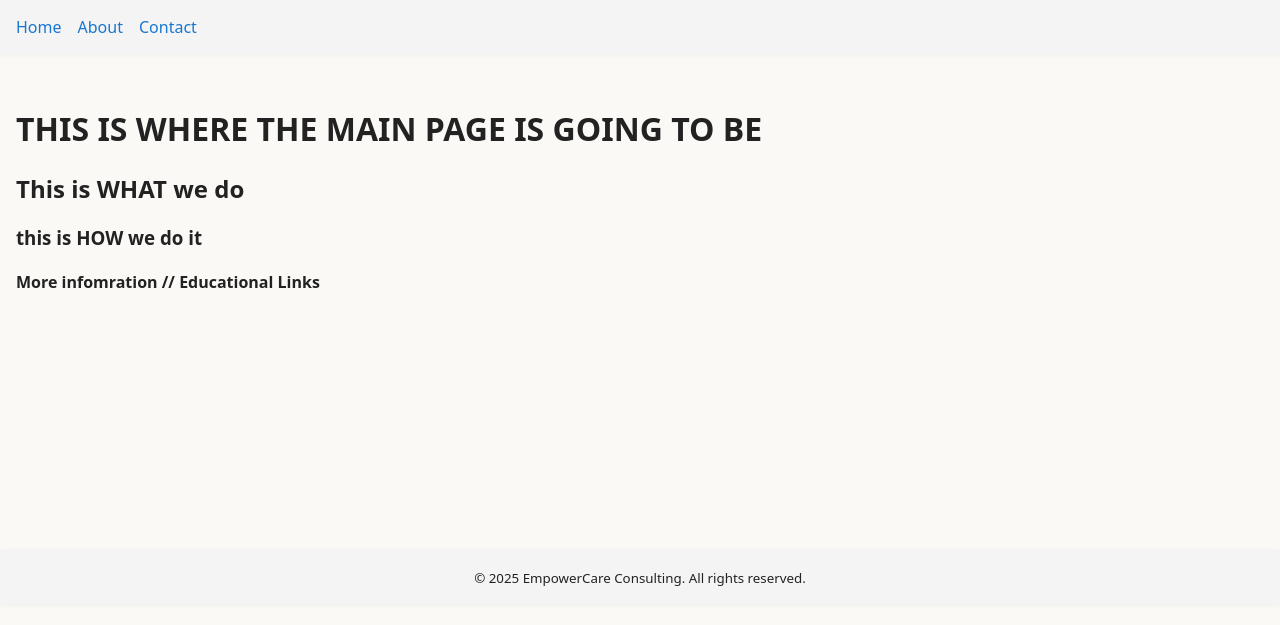
Repository: mcamarco/empowercare
Page: /
The author's editor kept a copy of each file at every save. The page is drawn from the files as they stood at one save, then again after the next save.
The browser window is 1280 px wide. The pictures show the whole page.
The project was rebuilt for these pictures with package versions that can differ from the ones it lists, and the page was loaded fresh each time. The framework's server and built-in components were replaced by stand-ins that run in the browser. Also part of the build but not shown: next.config.ts.

Above is the page before, as saved 2025-05-16 15:36:17.

After the next save:
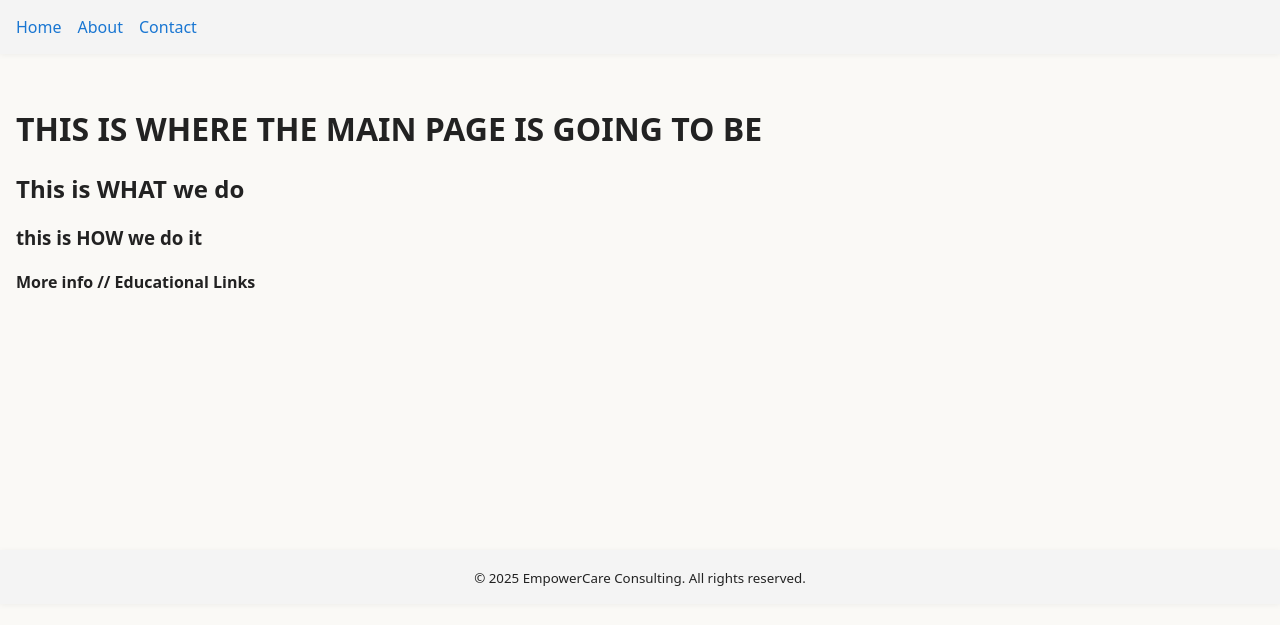
Saved 9 s later.
--- a/src/app/page.tsx
+++ b/src/app/page.tsx
@@ -4,7 +4,7 @@ export default function Home() {
       <h1>THIS IS WHERE THE MAIN PAGE IS GOING TO BE </h1>
       <h2> This is WHAT we do </h2>
       <h3> this is HOW we do it</h3>
-      <h4> More infomration // Educational Links </h4>
+      <h4> More info // Educational Links </h4>
     </main>
   );
 }
